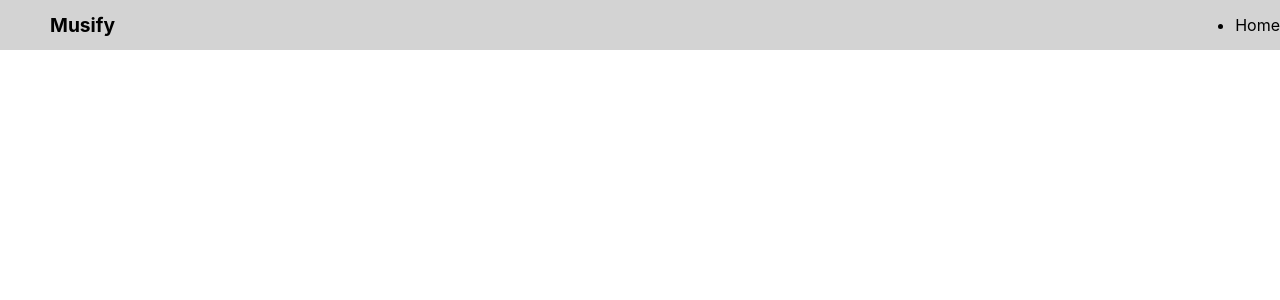
Repository: yuqiant/musify
Page: / (app in musify/)
An editor plug-in stored every save of this project. The page is shown before and after the next save, followed by the edit.
The browser window is 1280 px wide. The pictures show the whole page.
The project was rebuilt for these pictures with package versions that can differ from the ones it lists, and the page was loaded fresh each time. Also part of the build but not shown: musify/src/App.css, musify/src/home/index.js.

Above is the page before, as saved 2023-11-30 00:54:42.

### musify/src/index.js
import React from 'react';
import ReactDOM from 'react-dom/client';
import './index.css';
import App from './App';
import Home from './home';
import reportWebVitals from './reportWebVitals';

const root = ReactDOM.createRoot(document.getElementById('root'));
root.render(

  <React.StrictMode>
    <App />
  </React.StrictMode>
);

// If you want to start measuring performance in your app, pass a function
// to log results (for example: reportWebVitals(console.log))
// or send to an analytics endpoint. Learn more: https://bit.ly/CRA-vitals
reportWebVitals();

### musify/src/App.js
import logo from './logo.svg';
import './App.css';
import Navbar from './navbar';

function App() {
  // return (
  //   <div className="App">
  //     <header className="App-header">
  //       <img src={logo} className="App-logo" alt="logo" />
  //       <p>
  //         Edit <code>src/App.js</code> and save to reload.
  //       </p>
  //       <a
  //         className="App-link"
  //         href="https://reactjs.org"
  //         target="_blank"
  //         rel="noopener noreferrer"
  //       >
  //         Learn React
  //       </a>
  //     </header>
  //   </div>
  // );
  return (
    <div>
      <Navbar />
    </div>
  );

}

export default App;

### musify/src/navbar/index.js
// import React from "react";

// const Navbar = () => {
//     return (
//         <nav className="navbar navbar-expand-lg navbar-light bg-light">
//             <a className="navbar-brand" href="#">
//                 Navbar
//             </a>
//             <button
//                 className="navbar-toggler"
//                 type="button"
//                 data-toggle="collapse"
//                 data-target="#navbarNavDropdown"
//                 aria-controls="navbarNavDropdown"
//                 aria-expanded="false"
//                 aria-label="Toggle navigation"
//             >
//                 <span className="navbar-toggler-icon"></span>
//             </button>

//             <div className="collapse navbar-collapse" id="navbarNavDropdown">
//                 <ul className="navbar-nav">
//                     <li className="nav-item active">
//                         <a className="nav-link" href="#">
//                             Home <span className="sr-only">(current)</span>
//                         </a>
//                     </li>
//                     <li className="nav-item">
//                         <a className="nav-link" href="#">
//                             Features
//                         </a>
//                     </li>
//                     <li className="nav-item">
//                         <a className="nav-link" href="#">
//                             Pricing
//                         </a>
//                     </li>
//                     <li className="nav-item dropdown">
//                         <a
//                             className="nav-link dropdown-toggle"
//                             href="#"
//                             id="navbarDropdownMenuLink"
//                             data-toggle="dropdown"
//                             aria-haspopup="true"
//                             aria-expanded="false"
//                         >
//                             Dropdown link
//                         </a>
//                         <div
//                             className="dropdown-menu"
//                             aria-labelledby="navbarDropdownMenuLink"
//                         >
//                             <a className="dropdown-item" href="#">
//                                 Action
//                             </a>
//                             <a className="dropdown-item" href="#">
//                                 Another action
//                             </a>
//                             <a className="dropdown-item" href="#">
//                                 Something else here
//                             </a>
//                         </div>
//                     </li>
//                 </ul>
//             </div>
//         </nav>
//     );
// };

// export default Navbar;
// Navbar.js
import React from 'react';
// import { NavLink } from 'react-router-dom';
import './index.css';

const Navbar = () => {
    return (
        <nav className="wd-navigation">
            {/* <div className="nav-container"> */}
            {/* Logo 或者站点名称 */}
            {/* <NavLink exact to="/" className="nav-logo">
                    Recipe Roulette
                </NavLink> */}
            <p className="bold-left-align">Musify</p>

            {/* 导航链接 */}
            <ul className="nav-menu">
                <li className="nav-item">
                    {/* <NavLink exact to="/" activeClassName="active"> */}
                    Home
                    {/* </NavLink> */}
                </li>
                {/* 语言和注册/登录可以是下拉菜单或者额外的链接 */}
                {/* <li className="nav-item">
                        <NavLink to="/language" activeClassName="active">
                            Language
                        </NavLink>
                    </li>
                    <li className="nav-item">
                        <NavLink to="/signin" activeClassName="active">
                            Sign In/Up
                        </NavLink>
                    </li> */}
            </ul>
            {/* </div> */}
        </nav>
    );
};

export default Navbar;

### musify/src/home/index.css
/* Reset margin and padding to remove default browser styling */
* {
    margin: 0;
    padding: 0;
    box-sizing: border-box;
}

/* General App styling */
.App {
    text-align: center;
}

/* Navigation bar styling */
.App-nav {
    display: flex;
    justify-content: space-between;
    align-items: left;
    background-color: #282c34;
    padding: 1rem;
    color: white;
}

.App-nav h1 {
    font-size: 1.5rem;
}

.App-nav a {
    color: white;
    text-decoration: none;
    margin-left: 1rem;
}

.App-nav a:hover {
    text-decoration: underline;
}

/* Header and content styling */
.App-header {
    color: white;
    padding-top: 60px;
    /* Adjust this value as needed */
}

.App-logo {
    height: 40vmin;
    pointer-events: none;
}

.App-link {
    color: #61dafb;
}

.App-link:hover {
    color: #39a9db;
}

### musify/src/navbar/index.css
.wd-navigation {
    background-color: lightgray;
    list-style: none;
    padding: 0;
    margin: 0;
    width: 100%;
    /* Full width */
    display: flex;
    /* Align items in a row */
    justify-content: space-between;
    align-items: center;
    /* Even spacing */
    height: 50px;
}

.wd-navigation .list-group-item {
    display: inline-block;
    /* Make list items inline */
    border-radius: 0;
    /* Optional: removes border-radius */
}

.wd-navigation a {
    padding: 10px;
    margin-bottom: 0;
    /* Adjust for horizontal layout */
    font-size: 0.8em;
    text-align: center;
    background-color: black;
    border: none;
    display: block;
    /* Ensure proper alignment */
    color: white;
    /* Text color */
    text-decoration: none;
}

.wd-navigation a.active {
    background-color: white;
    color: red;
}

.wd-icon,
.wd-navigation a i {
    color: red;
    font-size: 2em;
    margin-bottom: 0;
    /* Adjust for horizontal layout */
}

.list-group-item {
    color: white;
    /* Set default text color to white */
    padding: 5px 10px;
}

.list-group-item.active {
    background-color: black;
    color: red;
}

/* Responsive adjustments (if needed) */
@media (max-width: 600px) {
    .wd-navigation a {
        padding: 5px;
        font-size: 0.6em;
    }
}

.bold-left-align {
    font-weight: bold;
    text-align: left;
    padding-left: 50px;
    padding-left: 50px;
    font-size: 1.2em;
}

Loaded but not shown: musify/public/index.html (common file); musify/src/index.css (common file); musify/src/reportWebVitals.js (common file)

After the next save:
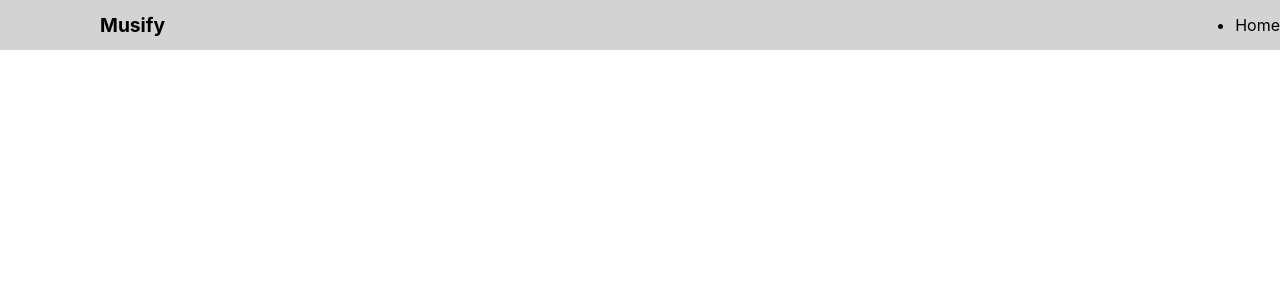
Saved 106 s later.
--- a/musify/src/navbar/index.css
+++ b/musify/src/navbar/index.css
@@ -70,7 +70,7 @@
 .bold-left-align {
     font-weight: bold;
     text-align: left;
-    padding-left: 50px;
-    padding-left: 50px;
+
+    padding-left: 100px;
     font-size: 1.2em;
 }
